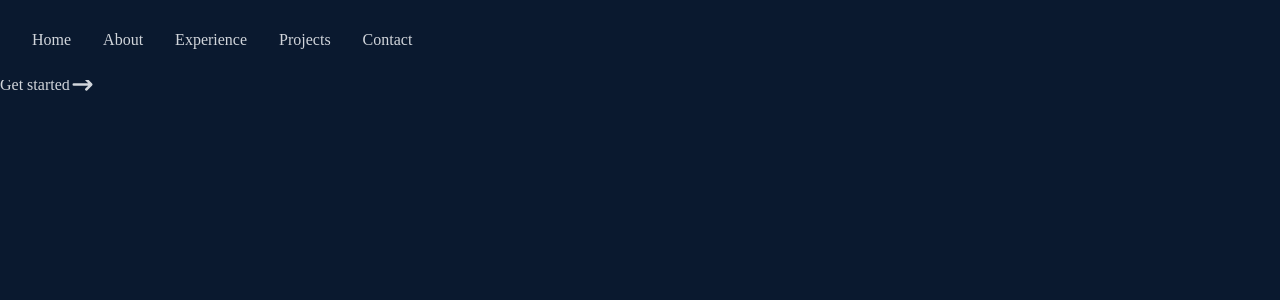
Repository: olichengus/Project-Portfolio
Page: /
An editor plug-in stored every save of this project. The page is shown before and after the next save, followed by the edit.
The browser window is 1280 px wide. The pictures show the whole page.
The project was rebuilt for these pictures with package versions that can differ from the ones it lists, and the page was loaded fresh each time.

Above is the page before, as saved 2024-02-02 21:04:40.

### src/index.css
@tailwind base;
@tailwind components;
@tailwind utilities;

@import url('https://fonts.googleapis.com/css2?family=Roboto:wght@300;400;500;700&display=swap');

@layer base {
  body {
    @apply font-[Raleway];
  }
  li {
    @apply px-4;
    @apply cursor-pointer;
  }
}

### src/App.js
import Home from './components/Home';
import Navbar from './components/Navbar';

function App() {
  return (
    <div>
      <Navbar />
      <Home />
    </div>
  );
}

export default App;

### src/components/Home.jsx
import React from 'react'
import {HiArrowNarrowRight} from 'react-icons/hi'

const Home = () => {
  return (
    <div name = 'home' className='w-full h-screen bg-[#0a192f]'>

      {/* Container */}
      <div className='max-w-[1000px] mx-auto h-full flex flex-col justify-center'>
        <p>Hi, my name is</p>
        <h1>Oliver Cheng</h1>
        <h2>I am a Computer Science Student</h2>
        <p></p>
        <button className='flex items-center justify-center bg-blue-500 text-gray-300 px-6 py-2 mt-4 hover:bg-blue-600 duration-300'>
          Get started <HiArrowNarrowRight size={25} className='ml-2' />
        </button>
      </div>
    </div>
  )
}

export default Home

### src/components/navbar.js
import React, {useState} from 'react'
import {
    FaBars,
    FaTimes,
    FaGithub,
    FaLinkedin
  } from 'react-icons/fa';
import { HiOutlineMail } from 'react-icons/hi';
import BsFillPersonFill from 'react-icons/bs';

const Navbar = () => {
    const [nav, setNav] = useState(false)
    const handleClick = () => setNav(!nav)
  return (
    <div className='fixed w-full h-[80px] flex justify-between items-center px-4 bg-[#0a192f] text-gray-300'>
    {/* menu */}
        <div className='hidden md:flex'>
            <ul className='hidden md:flex'>
                <li>Home</li>
                <li>About</li>
                <li>Experience</li>
                <li>Projects</li>
                <li>Contact</li>


            </ul>
        </div>

        <div onClick={handleClick} className='md:hidden z-10'>
            {/* if false set it to bars else set it to x logo*/}
            {!nav ? <FaBars /> : <FaTimes />}
        </div>


        {/* Moble menu */}
        <ul className={!nav ? "hidden": 'absolute top-0 left-0 w-full h-screen bg-[#0a192f] flex flex-col justify center items-center'}>
                <li className='py-6 text-4xl'>Home</li>
                <li className='py-6 text-4xl'>About</li>
                <li className='py-6 text-4xl'>Experience</li>
                <li className='py-6 text-4xl'>Projects</li>
                <li className='py-6 text-4xl'>Contact</li>

        </ul>
        {/* Social Icons */}
        <div className='flex fixed flex-col top-[35%] left-0;'>
        </div>
    </div>


  )
}

export default Navbar

Loaded but not shown: public/index.html (common file); src/index.js (common file); tailwind.config.js (common file)

After the next save:
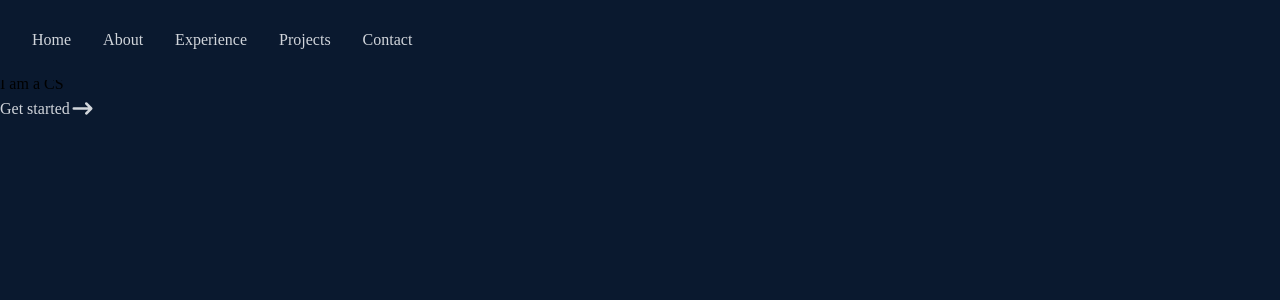
Saved 4 s later.
--- a/src/components/Home.jsx
+++ b/src/components/Home.jsx
@@ -10,7 +10,7 @@ const Home = () => {
         <p>Hi, my name is</p>
         <h1>Oliver Cheng</h1>
         <h2>I am a Computer Science Student</h2>
-        <p></p>
+        <p>I am a CS</p>
         <button className='flex items-center justify-center bg-blue-500 text-gray-300 px-6 py-2 mt-4 hover:bg-blue-600 duration-300'>
           Get started <HiArrowNarrowRight size={25} className='ml-2' />
         </button>
